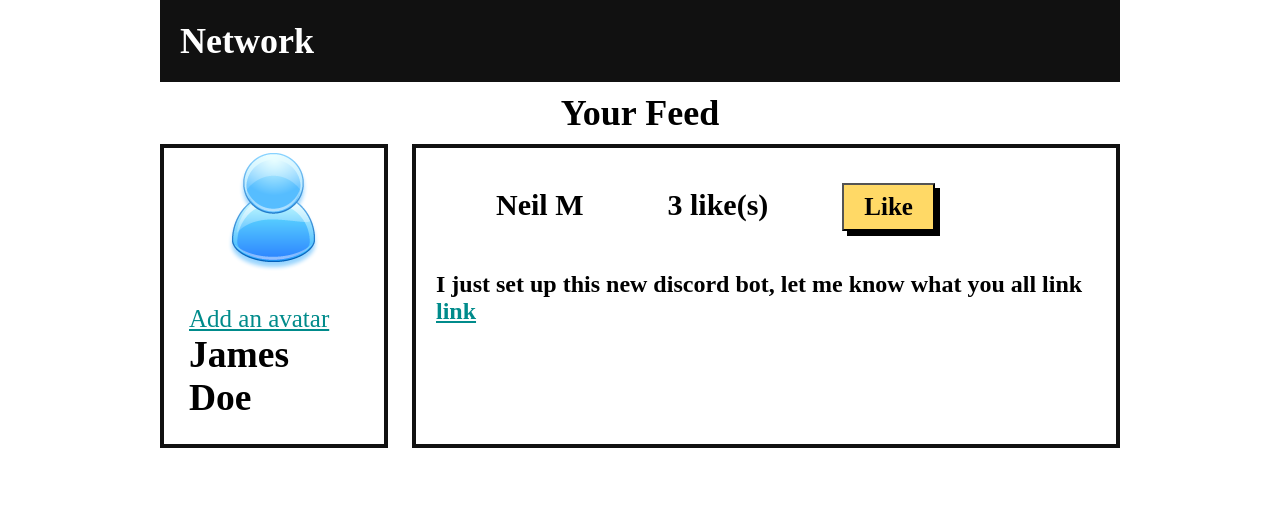
Repository: Blender20/liking_likes
Page: index.html
An editor plug-in stored every save of this project. The page is shown before and after a run of saves, followed by the edit.
The browser window is 1280 px wide. The pictures show the whole page.
Some web fonts or font styles are not loaded; a fallback is used.

Above is the page before, as saved 2022-03-30 11:02:14.

After the next 2 saves:
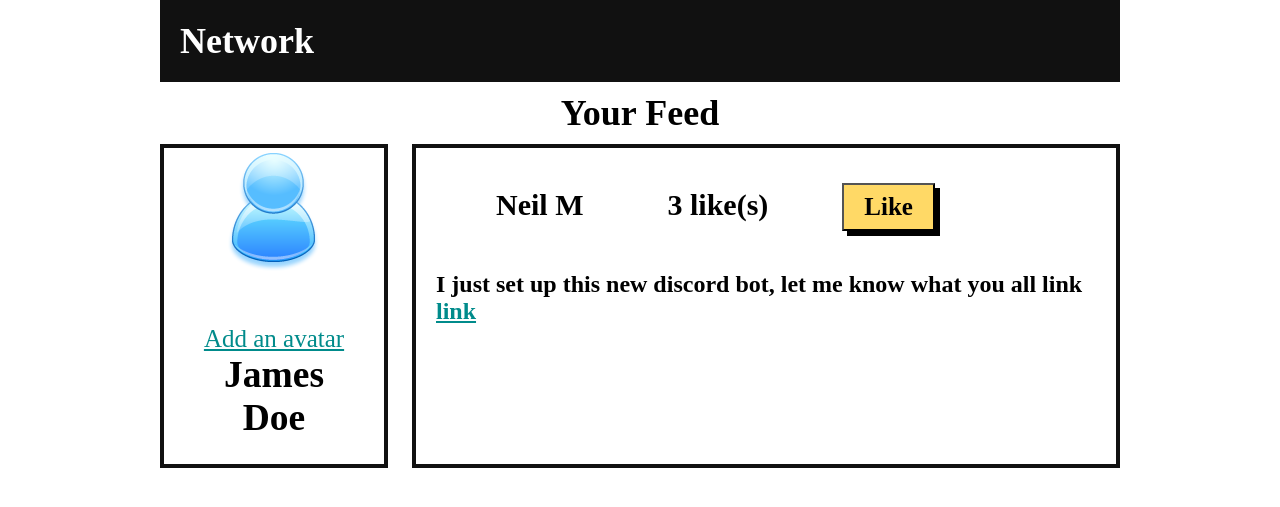
The 2 saves are shown as one change because they came seconds apart.
The last was saved 7 s later.
--- a/style.css
+++ b/style.css
@@ -93,7 +93,7 @@ a {
 
 }
 .addAvatar{
-  margin-top:
+  margin-top: 20px;
   text-align: center;
   font-size: 25px;
   padding: 25px;
